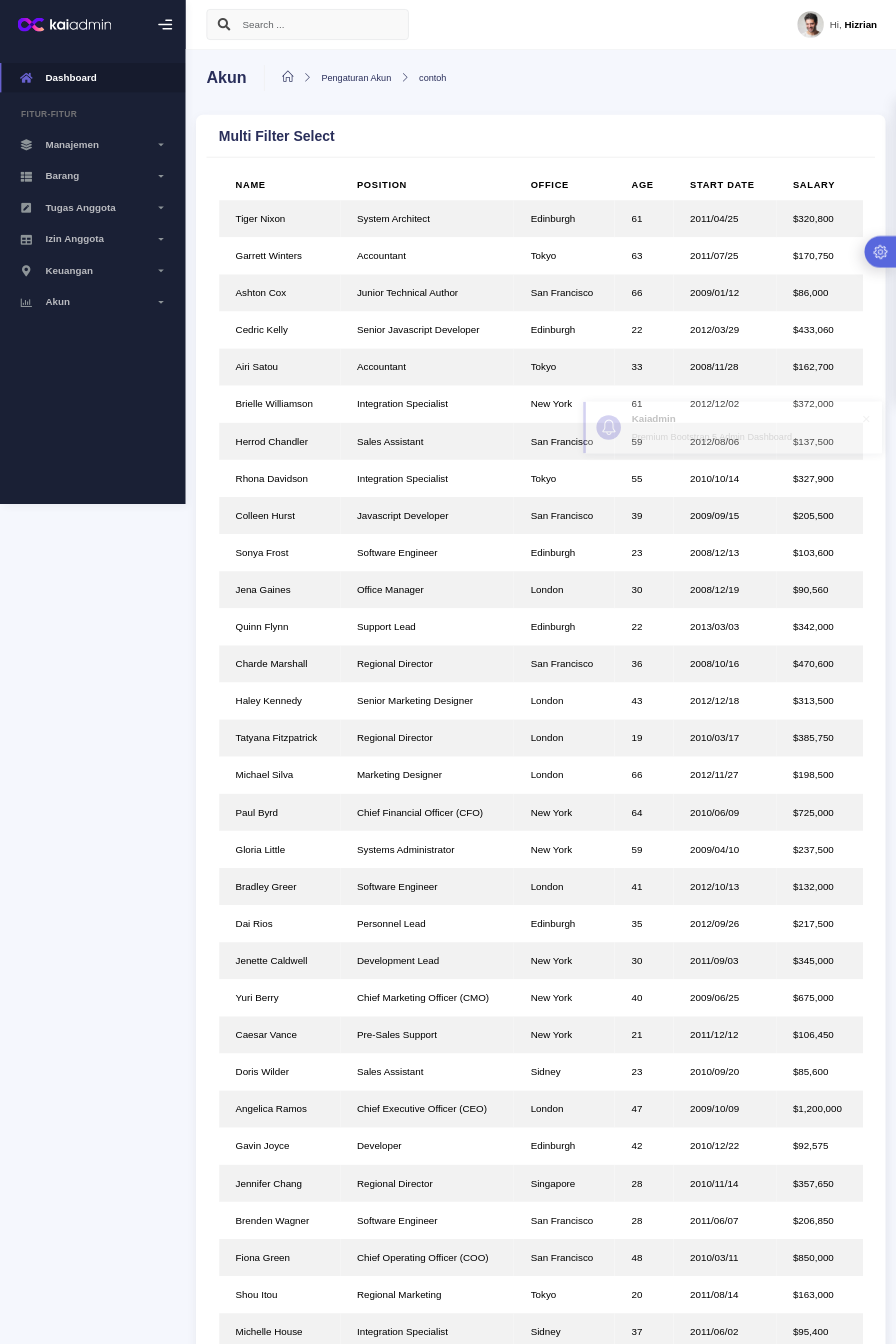
Repository: fatkquladhim/multimedia_laravel
Page: http://localhost/akun
An editor plug-in stored every save of this project. The page is shown before and after the next save, followed by the edit.
The browser window is 1280 px wide. The pictures show the part of the page from y = 0 to 1920 px (the page is 3490 px tall before and 3344 px after), at 70% of full size.
Some web fonts or font styles are not loaded; a fallback is used. The page is served by the project's Laravel application, run on PHP 8.4 with Laravel 12.

Above is the page before, as saved 2025-08-16 22:57:19.
Console error: ReferenceError: jsVectorMap is not defined

After the next save:
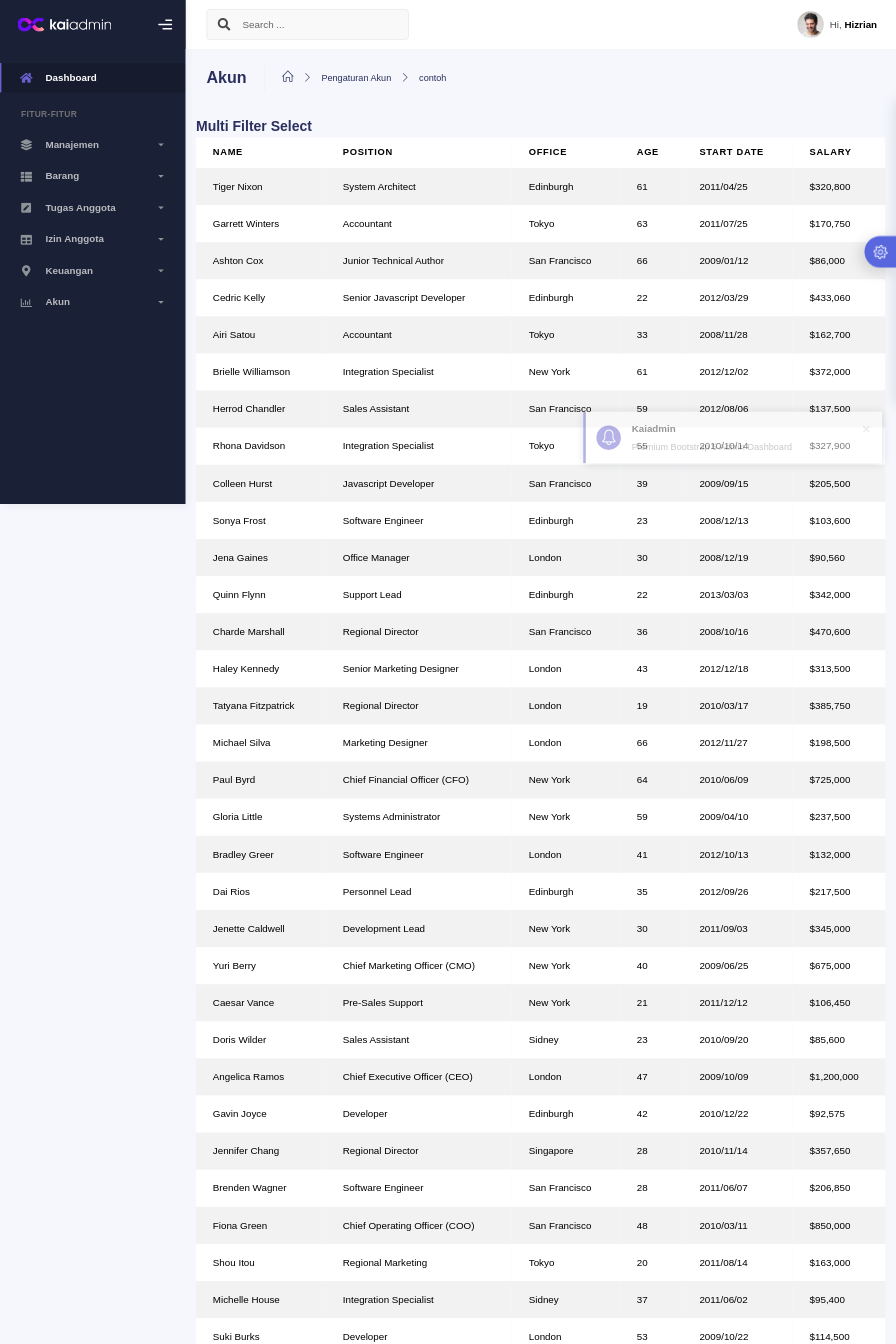
Saved 8 s later.
--- a/resources/views/akun/tampil.blade.php
+++ b/resources/views/akun/tampil.blade.php
@@ -24,7 +24,7 @@
             </ul>
         </div>
         <div class="row">
-            <div class="card">
+
                   <div class="card-header">
                     <h4 class="card-title">Multi Filter Select</h4>
                   </div>
